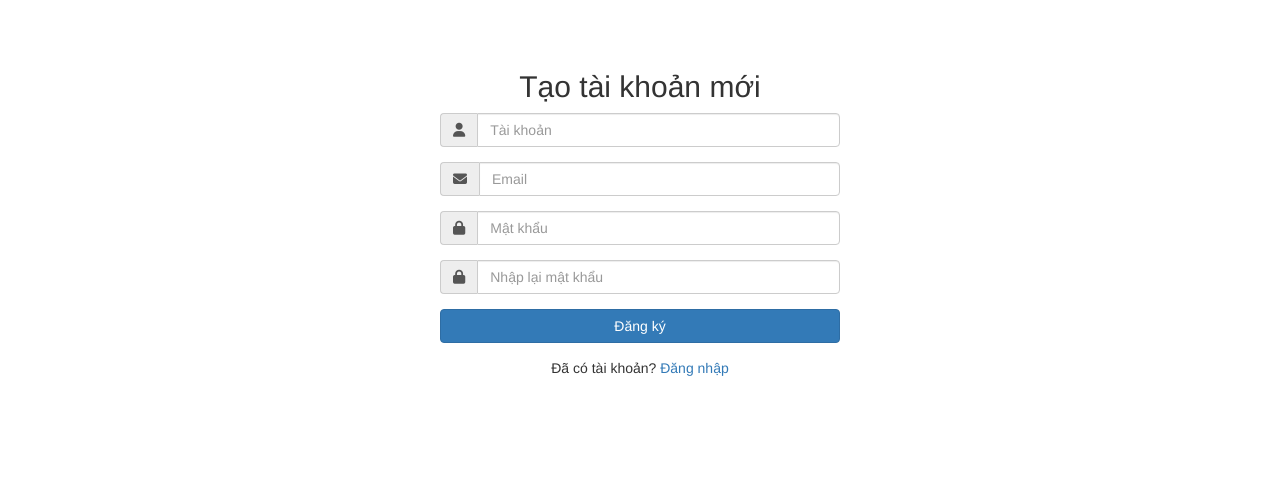
Repository: tm-Quan745/LapTrinhWeb
Page: http://localhost/KetNoiCSDL/decorators/register.jsp
The author's editor kept a copy of each file at every save. The page is drawn from the files as they stood at one save, then again after the next save.
The browser window is 1280 px wide. The pictures show the whole page.
The page is served by Tomcat 10. Other server files are loaded and not shown.

Above is the page before, as saved 2025-08-28 08:21:17.

### KetNoiCSDL/src/main/webapp/decorators/register.jsp
<%@ page contentType="text/html;charset=UTF-8" language="java" %>
<%@ taglib uri="http://java.sun.com/jsp/jstl/core" prefix="c" %>

<!DOCTYPE html>
<html lang="vi">
<head>
    <meta charset="UTF-8">
    <title>Đăng ký</title>
    <link rel="stylesheet" href="https://cdnjs.cloudflare.com/ajax/libs/font-awesome/6.4.0/css/all.min.css"/>
    <link rel="stylesheet" href="https://maxcdn.bootstrapcdn.com/bootstrap/3.4.1/css/bootstrap.min.css"/>
</head>

<body>
    <div class="container" style="max-width: 400px; margin-top: 50px;">
        <form action="register" method="post" class="form-horizontal">
            <h2 class="text-center">Tạo tài khoản mới</h2>

            <!-- Hiển thị thông báo -->
            <c:if test="${not empty alert}">
                <div class="alert alert-danger text-center">${alert}</div>
            </c:if>

            <!-- Username -->
            <div class="form-group">
                <div class="input-group">
                    <span class="input-group-addon">
                        <i class="fa fa-user"></i>
                    </span>
                    <input
                        type="text"
                        name="username"
                        class="form-control"
                        placeholder="Tài khoản"
                        required
                    >
                </div>
            </div>

            <!-- Email -->
            <div class="form-group">
                <div class="input-group">
                    <span class="input-group-addon">
                        <i class="fa fa-envelope"></i>
                    </span>
                    <input
                        type="email"
                        name="email"
                        class="form-control"
                        placeholder="Email"
                        required
                    >
                </div>
            </div>

            <!-- Password -->
            <div class="form-group">
                <div class="input-group">
                    <span class="input-group-addon">
                        <i class="fa fa-lock"></i>
                    </span>
                    <input
                        type="password"
                        name="password"
                        class="form-control"
                        placeholder="Mật khẩu"
                        required
                    >
                </div>
            </div>

            <!-- Confirm Password -->
            <div class="form-group">
                <div class="input-group">
                    <span class="input-group-addon">
                        <i class="fa fa-lock"></i>
                    </span>
                    <input
                        type="password"
                        name="confirmPassword"
                        class="form-control"
                        placeholder="Nhập lại mật khẩu"
                        required
                    >
                </div>
            </div>

            <!-- Submit -->
            <div class="form-group text-center">
                <button type="submit" class="btn btn-primary btn-block">Đăng ký</button>
            </div>

            <p class="text-center">
                Đã có tài khoản? <a href="login.jsp">Đăng nhập</a>
            </p>
        </form>
    </div>
</body>
</html>

After the next save:
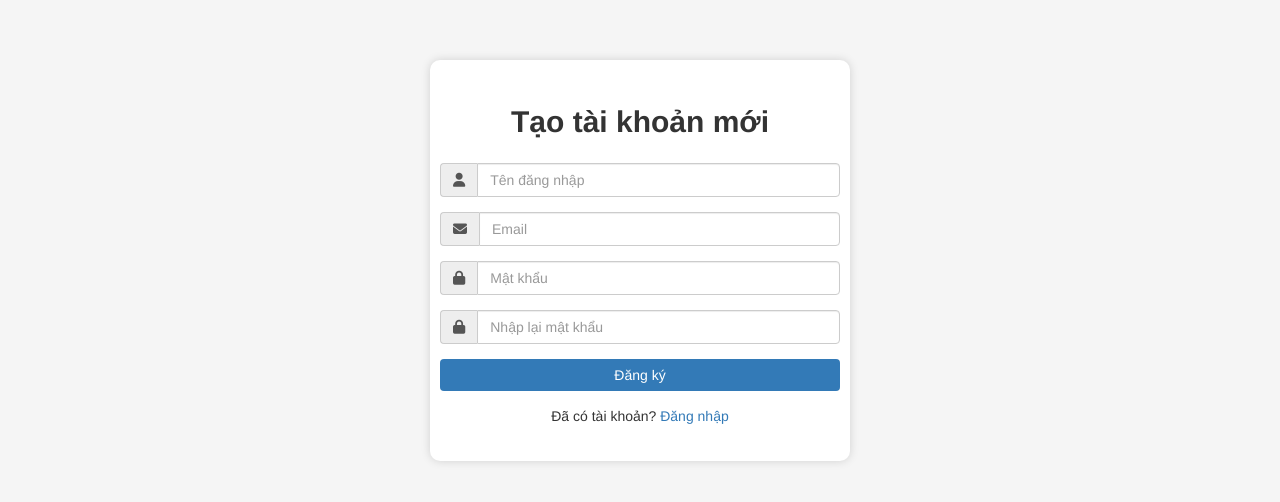
Saved 30 s later.
--- a/KetNoiCSDL/src/main/webapp/decorators/register.jsp
+++ b/KetNoiCSDL/src/main/webapp/decorators/register.jsp
@@ -5,94 +5,91 @@
 <html lang="vi">
 <head>
     <meta charset="UTF-8">
-    <title>Đăng ký</title>
+    <title>Đăng ký tài khoản</title>
     <link rel="stylesheet" href="https://cdnjs.cloudflare.com/ajax/libs/font-awesome/6.4.0/css/all.min.css"/>
     <link rel="stylesheet" href="https://maxcdn.bootstrapcdn.com/bootstrap/3.4.1/css/bootstrap.min.css"/>
+    <style>
+        body {
+            background: #f5f5f5;
+        }
+        .register-container {
+            max-width: 420px;
+            margin: 60px auto;
+            background: #fff;
+            padding: 25px;
+            border-radius: 10px;
+            box-shadow: 0 0 10px rgba(0,0,0,0.15);
+        }
+        .register-container h2 {
+            margin-bottom: 25px;
+            font-weight: bold;
+        }
+        .btn-primary {
+            background-color: #337ab7;
+            border: none;
+        }
+        .btn-primary:hover {
+            background-color: #286090;
+        }
+    </style>
 </head>
 
 <body>
-    <div class="container" style="max-width: 400px; margin-top: 50px;">
-        <form action="register" method="post" class="form-horizontal">
-            <h2 class="text-center">Tạo tài khoản mới</h2>
+    <div class="container">
+        <div class="register-container">
+            <form action="register" method="post" class="form-horizontal">
+                <h2 class="text-center">Tạo tài khoản mới</h2>
 
-            <!-- Hiển thị thông báo -->
-            <c:if test="${not empty alert}">
-                <div class="alert alert-danger text-center">${alert}</div>
-            </c:if>
+                <!-- Hiển thị thông báo -->
+                <c:if test="${not empty alert}">
+                    <div class="alert alert-danger text-center">${alert}</div>
+                </c:if>
+                <c:if test="${not empty success}">
+                    <div class="alert alert-success text-center">${success}</div>
+                </c:if>
 
-            <!-- Username -->
-            <div class="form-group">
-                <div class="input-group">
-                    <span class="input-group-addon">
-                        <i class="fa fa-user"></i>
-                    </span>
-                    <input
-                        type="text"
-                        name="username"
-                        class="form-control"
-                        placeholder="Tài khoản"
-                        required
-                    >
+                <!-- Username -->
+                <div class="form-group">
+                    <div class="input-group">
+                        <span class="input-group-addon"><i class="fa fa-user"></i></span>
+                        <input type="text" name="username" class="form-control" placeholder="Tên đăng nhập" required>
+                    </div>
                 </div>
-            </div>
 
-            <!-- Email -->
-            <div class="form-group">
-                <div class="input-group">
-                    <span class="input-group-addon">
-                        <i class="fa fa-envelope"></i>
-                    </span>
-                    <input
-                        type="email"
-                        name="email"
-                        class="form-control"
-                        placeholder="Email"
-                        required
-                    >
+                <!-- Email -->
+                <div class="form-group">
+                    <div class="input-group">
+                        <span class="input-group-addon"><i class="fa fa-envelope"></i></span>
+                        <input type="email" name="email" class="form-control" placeholder="Email" required>
+                    </div>
                 </div>
-            </div>
 
-            <!-- Password -->
-            <div class="form-group">
-                <div class="input-group">
-                    <span class="input-group-addon">
-                        <i class="fa fa-lock"></i>
-                    </span>
-                    <input
-                        type="password"
-                        name="password"
-                        class="form-control"
-                        placeholder="Mật khẩu"
-                        required
-                    >
+                <!-- Password -->
+                <div class="form-group">
+                    <div class="input-group">
+                        <span class="input-group-addon"><i class="fa fa-lock"></i></span>
+                        <input type="password" name="password" class="form-control" placeholder="Mật khẩu" required>
+                    </div>
                 </div>
-            </div>
 
-            <!-- Confirm Password -->
-            <div class="form-group">
-                <div class="input-group">
-                    <span class="input-group-addon">
-                        <i class="fa fa-lock"></i>
-                    </span>
-                    <input
-                        type="password"
-                        name="confirmPassword"
-                        class="form-control"
-                        placeholder="Nhập lại mật khẩu"
-                        required
-                    >
+                <!-- Confirm Password -->
+                <div class="form-group">
+                    <div class="input-group">
+                        <span class="input-group-addon"><i class="fa fa-lock"></i></span>
+                        <input type="password" name="confirmPassword" class="form-control" placeholder="Nhập lại mật khẩu" required>
+                    </div>
                 </div>
-            </div>
 
-            <!-- Submit -->
-            <div class="form-group text-center">
-                <button type="submit" class="btn btn-primary btn-block">Đăng ký</button>
-            </div>
+                <!-- Submit -->
+                <div class="form-group">
+                    <button type="submit" class="btn btn-primary btn-block">Đăng ký</button>
+                </div>
 
-            <p class="text-center">
-                Đã có tài khoản? <a href="login.jsp">Đăng nhập</a>
-            </p>
-        </form>
+                <p class="text-center">
+                    Đã có tài khoản? <a href="login.jsp">Đăng nhập</a>
+                </p>
+            </form>
+        </div>
     </div>
 </body>
 </html>
